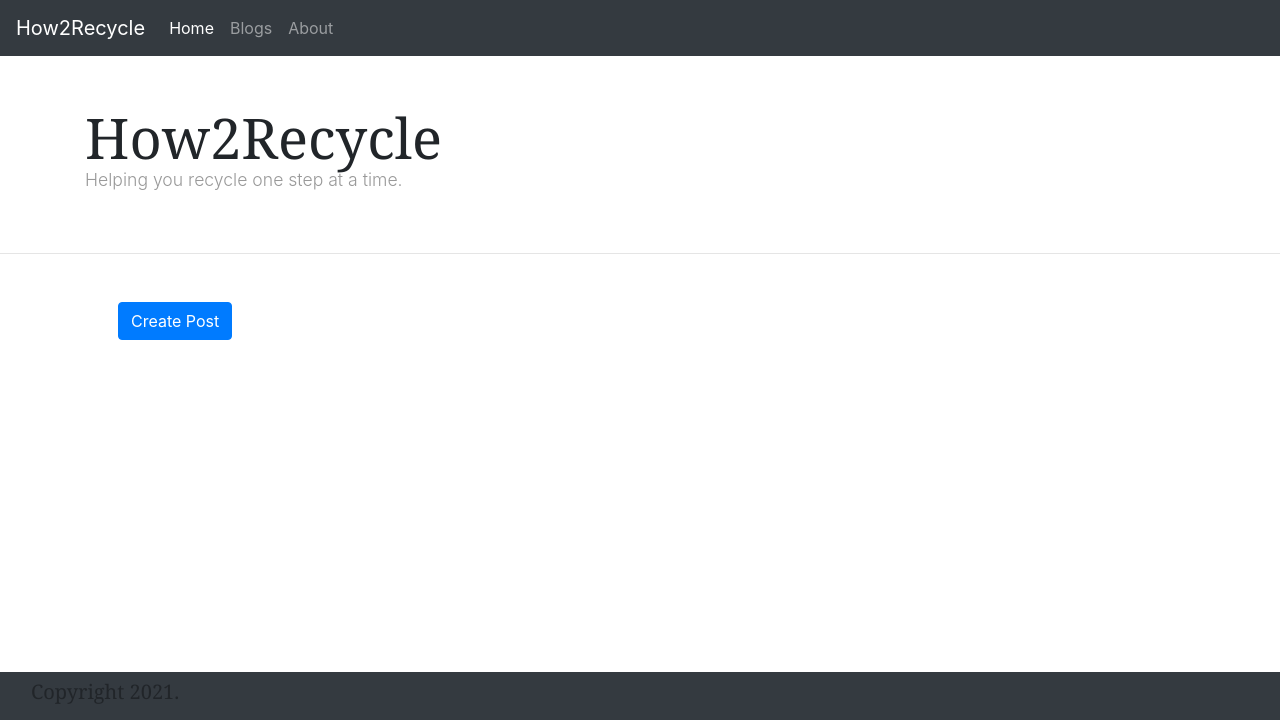
Repository: AshokSasi/CopyNPasta-Recycle-App
Page: http://localhost/posts/index
The author's editor kept a copy of each file at every save. The page is drawn from the files as they stood at one save, then again after the next save.
The browser window is 1280 px wide. The pictures show the whole page.
The page is served by the project's Laravel application, run on PHP 8.4 with Laravel 8. Queries for data that is not in the repository find no rows.

Above is the page before, as saved 2021-09-25 15:42:54.

After the next save:
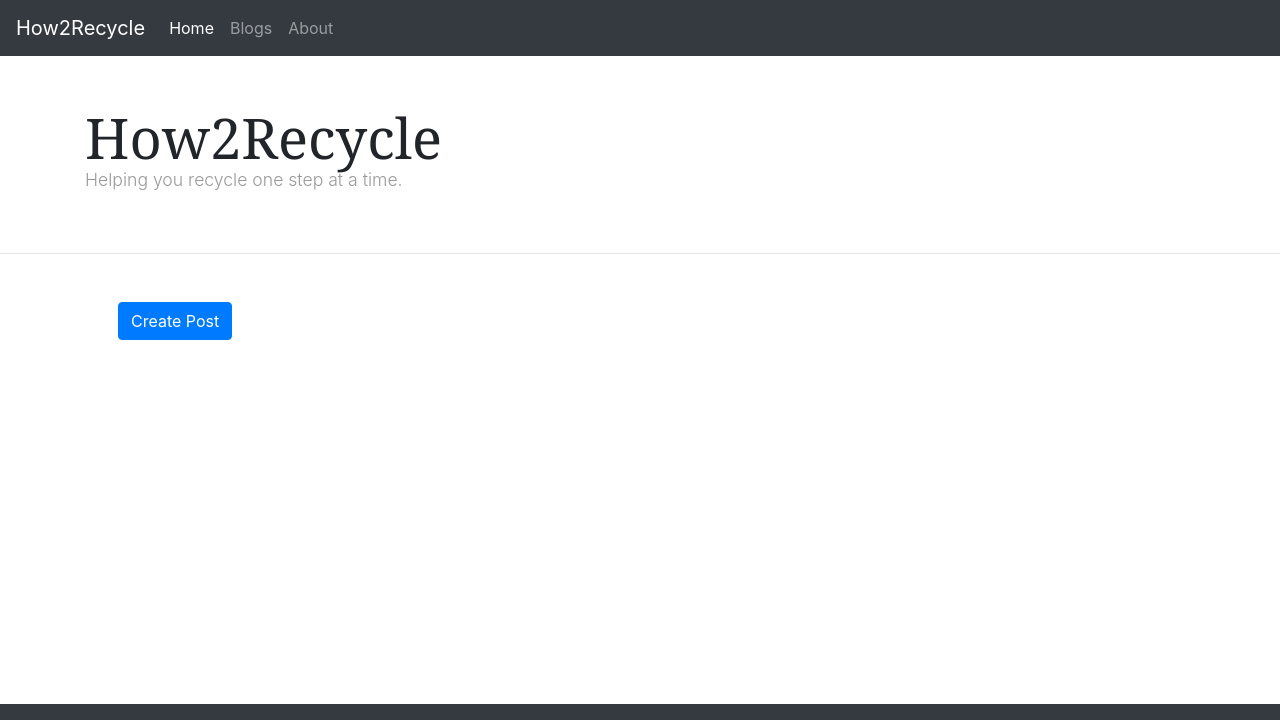
Saved 21 s later.
--- a/resources/views/layouts/footer.blade.php
+++ b/resources/views/layouts/footer.blade.php
@@ -1,5 +1,4 @@
 <nav class="navbar fixed-bottom navbar-dark bg-dark footer">
   <div class="container-fluid ">
-    <h5 class = "greenText"><i class="far fa-copyright fa-lg"></i> Copyright 2021.</h5>
   </div>
 </nav>
